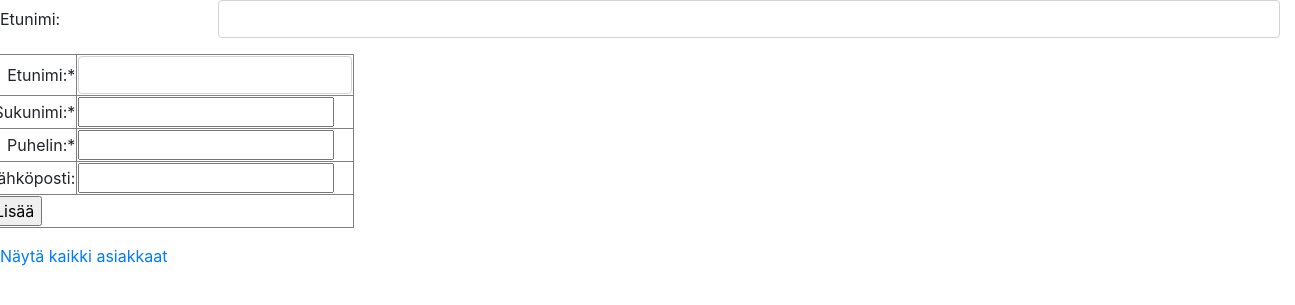
Repository: sarastu5/javaohjelmointi
Page: http://localhost/AsiakkaatWeb/lisaaasiakas.jsp
An editor plug-in stored every save of this project. The page is shown before and after the next save, followed by the edit.
The browser window is 1280 px wide. The page is 1295 px wide, so the pictures cover 1295 px, including what lies to the right of the window. The pictures show the whole page.
Some web libraries are served in a nearby version. The page is served by Tomcat 9. The session is filled in as if someone had signed in: {"kayttaja": 1}. Other server files are loaded and not shown.

Above is the page before, as saved 2018-05-04 18:36:13.

### Java EE/AsiakkaatWeb/WebContent/lisaaasiakas.jsp
<%@include file="onkokirjauduttu.jsp" %>
<%@ page language="java" contentType="text/html; charset=ISO-8859-1"
    pageEncoding="ISO-8859-1"%>
<!DOCTYPE html PUBLIC "-//W3C//DTD HTML 4.01 Transitional//EN" "http://www.w3.org/TR/html4/loose.dtd">
<html>
<head>
<meta http-equiv="Content-Type" content="text/html; charset=ISO-8859-1">
<script src="https://ajax.googleapis.com/ajax/libs/jquery/3.1.1/jquery.min.js"></script>
<link rel="stylesheet" type="text/css" href="main.css">
<link rel="stylesheet" href="https://stackpath.bootstrapcdn.com/bootstrap/4.1.0/css/bootstrap.min.css" integrity="sha384-9gVQ4dYFwwWSjIDZnLEWnxCjeSWFphJiwGPXr1jddIhOegiu1FwO5qRGvFXOdJZ4" crossorigin="anonymous">
<title>Asiakkaiden lisäys</title>
</head>
<body>
	<div id="error"></div>

	<form>
		<div class="form-group row">
   		<label for="inputEmail3" class="col-sm-2 col-form-label">Etunimi:</label>
    	<div class="col-sm-10">
      		<input type="email" class="form-control" id="inputEmail3">
    	</div>
  		</div>
	</form>



	<form class="form-group row" action="LisaaAsiakas" method="post" name="lisaaLomake" onsubmit="return validateForm()" id="lisaaLomake">
		<table border="1">
			<tr>
				<td align="right">Etunimi:*</td>
				<td><input type="text" class="form-control" name="etunimi" id="etunimi"></td>
			</tr>
			<tr>
				<td align="right">Sukunimi:*</td>
				<td><input type="text" name="sukunimi" id="sukunimi"></td>
			</tr>
			<tr>
				<td align="right">Puhelin:*</td>
				<td><input type="text" name="puhelin" id="puhelin"></td>
			</tr>
			<tr>
				<td align="right">Sähköposti:</td>
				<td><input type="text" name="sposti" id="sposti"></td>
			</tr>
			<tr>
				<td colspan="2"><input type="submit" value="Lisää"></td>
			</tr>
		</table>
	</form>

	<a href="haeasiakkaat.jsp">Näytä kaikki asiakkaat</a>

	<script>
		function validateForm() {
			var error = "";

			var etunimi = document.forms["lisaaLomake"]["etunimi"].value;
			if (etunimi == "") {
				error = error + "Etunimi on pakollinen<br>";
			}

			var sukunimi = document.forms["lisaaLomake"]["sukunimi"].value;
			if (sukunimi == "") {
				error = error + "Sukunimi on pakollinen<br>";
			}

			var puhelin = document.forms["lisaaLomake"]["puhelin"].value;
			if (puhelin == "") {
				error = error + "Puhelinnumero on pakollinen<br>";
			}

			if (error !== "") {
				$("#error").html(error);
				return false;
			}
		}
	</script>

	<script src="https://code.jquery.com/jquery-3.3.1.slim.min.js" integrity="sha384-q8i/X+965DzO0rT7abK41JStQIAqVgRVzpbzo5smXKp4YfRvH+8abtTE1Pi6jizo" crossorigin="anonymous"></script>
	<script src="https://cdnjs.cloudflare.com/ajax/libs/popper.js/1.14.0/umd/popper.min.js" integrity="sha384-cs/chFZiN24E4KMATLdqdvsezGxaGsi4hLGOzlXwp5UZB1LY//20VyM2taTB4QvJ" crossorigin="anonymous"></script>
	<script src="https://stackpath.bootstrapcdn.com/bootstrap/4.1.0/js/bootstrap.min.js" integrity="sha384-uefMccjFJAIv6A+rW+L4AHf99KvxDjWSu1z9VI8SKNVmz4sk7buKt/6v9KI65qnm" crossorigin="anonymous"></script>
</body>
</html>

### Java EE/AsiakkaatWeb/WebContent/onkokirjauduttu.jsp
<%
if (session.getAttribute("kayttaja")==null) {
	response.sendRedirect("index.jsp");
	return;
}
%>

### Java EE/AsiakkaatWeb/WebContent/main.css
td.otsikko {
	font-weight: bold;
}

After the next save:
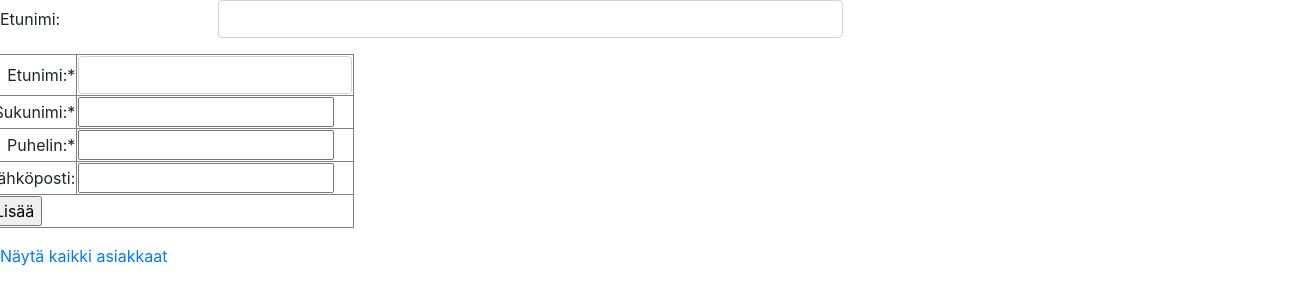
Saved 24 s later.
--- a/Java EE/AsiakkaatWeb/WebContent/lisaaasiakas.jsp
+++ b/Java EE/AsiakkaatWeb/WebContent/lisaaasiakas.jsp
@@ -16,7 +16,7 @@
 	<form>
 		<div class="form-group row">
    		<label for="inputEmail3" class="col-sm-2 col-form-label">Etunimi:</label>
-    	<div class="col-sm-10">
+    	<div class="col-sm-6">
       		<input type="email" class="form-control" id="inputEmail3">
     	</div>
   		</div>
